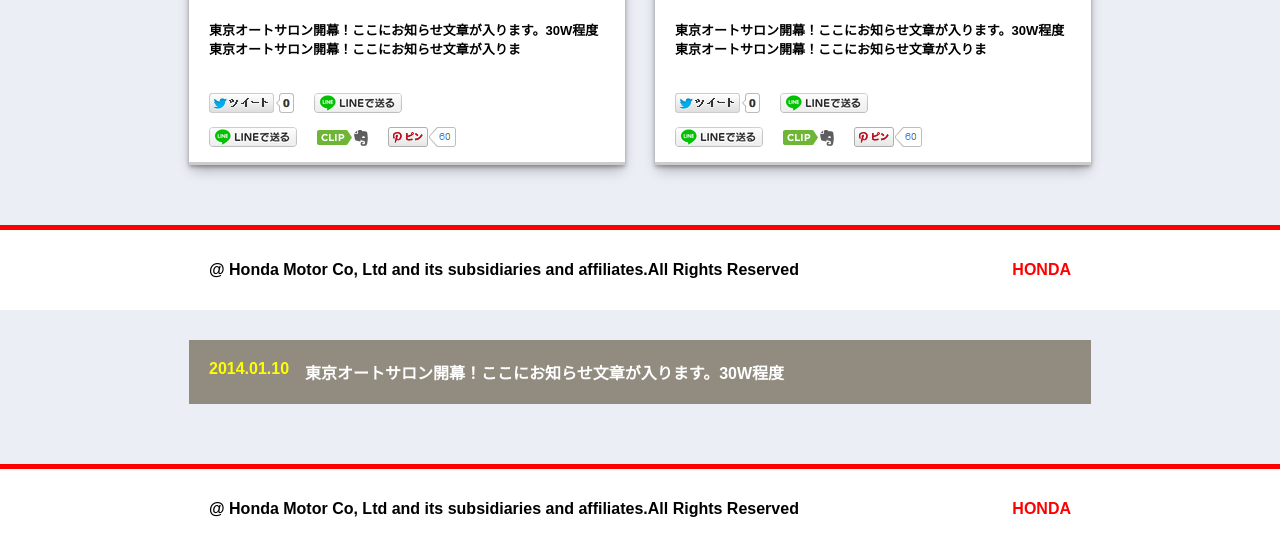
Repository: dovanluyen1996/honda
Page: / (app in hondajapan/)
An editor plug-in stored every save of this project. The page is shown before and after the next save, followed by the edit.
The browser window is 1280 px wide. The pictures show the part of the page from y = 2872 to 3421 px (the page is 3421 px tall before and 3276 px after).
Some web libraries are served in a nearby version. The project was rebuilt for these pictures with package versions that can differ from the ones it lists, and the page was loaded fresh each time.

Above is the page before, as saved 2021-09-07 03:25:24.

After the next save:
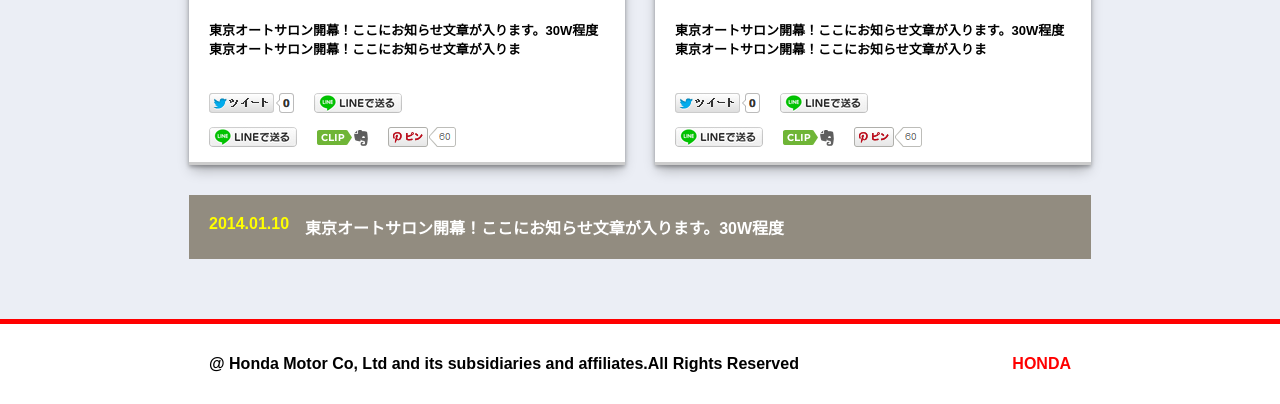
Saved 40 s later.
--- a/hondajapan/src/page/home.js
+++ b/hondajapan/src/page/home.js
@@ -30,10 +30,6 @@
           </div>
         </main>
         {/*------------Main------------*/}
-
-        {/*------------Footer------------*/}
-        <Footer />
-        {/*------------Footer------------*/}
       </div>
     );
   }
